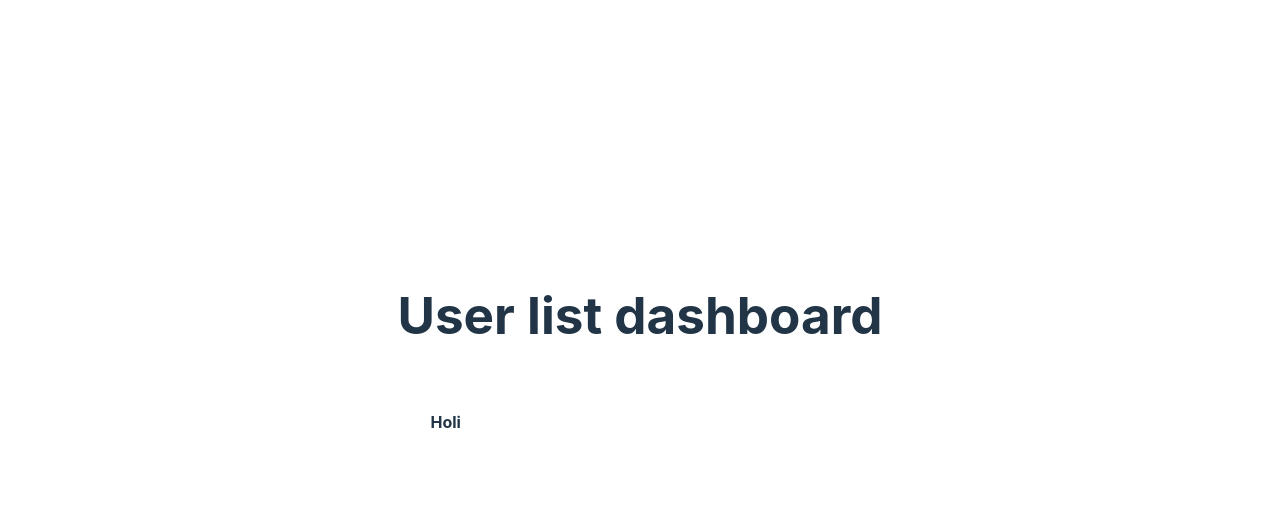
Repository: atzin-escandia/react-typescript-users-dashboard
Page: /
An editor plug-in stored every save of this project. The page is shown before and after the next save, followed by the edit.
The browser window is 1280 px wide. The pictures show the whole page.
The page's requests for data from a server got no answer. The project was rebuilt for these pictures with package versions that can differ from the ones it lists, and the page was loaded fresh each time. No one was signed in, and anything a server would have sent is missing. Also part of the build but not shown: vite.config.ts.

Above is the page before, as saved 2023-10-08 20:58:04.

### src/App.tsx
import { useEffect, useState } from "react";
import "./App.css";

const API_URL = "https://randomuser.me/api/?results=10";
function App() {
  const [users, setUsers] = useState([]);

  useEffect(() => {
    fetch(API_URL)
      .then((res) => res.json())
      .then((res) => setUsers(res.results));
  }, []);

  return (
    <>
      <h1>User list dashboard</h1>
      <section className="card">
        {/* {JSON.stringify(users)} */}
        <th>
          <tr>Holi</tr>
        </th>
      </section>
    </>
  );
}

export default App;

Loaded but not shown: index.html (common file); src/main.tsx (common file); src/index.css (common file); src/App.css (common file)

After the next save:
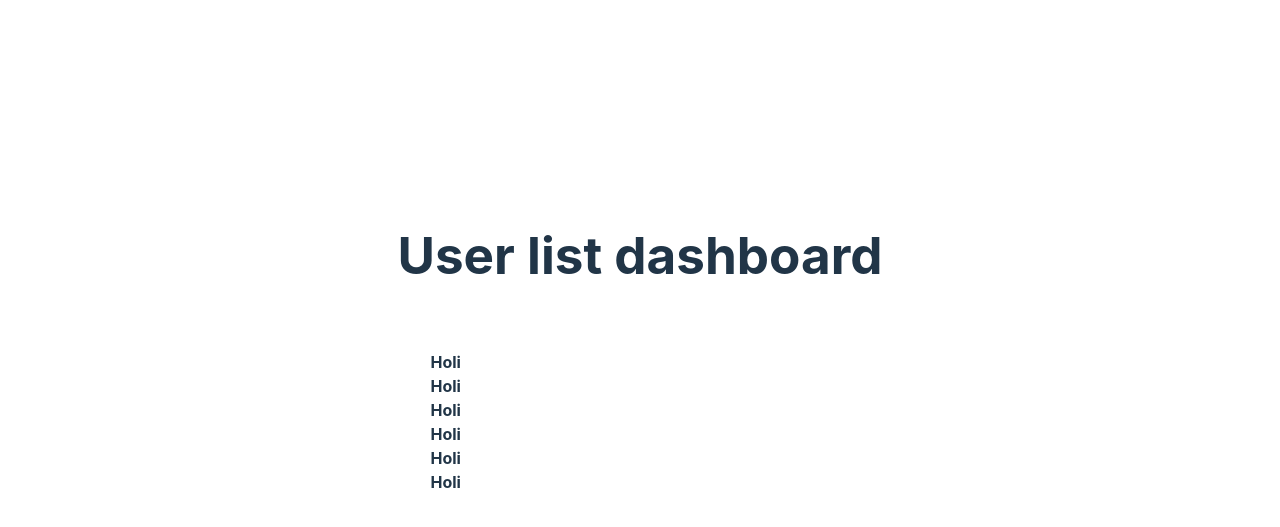
Saved 5 s later.
--- a/src/App.tsx
+++ b/src/App.tsx
@@ -18,6 +18,11 @@
         {/* {JSON.stringify(users)} */}
         <th>
           <tr>Holi</tr>
+          <tr>Holi</tr>
+          <tr>Holi</tr>
+          <tr>Holi</tr>
+          <tr>Holi</tr>
+          <tr>Holi</tr>
         </th>
       </section>
     </>
